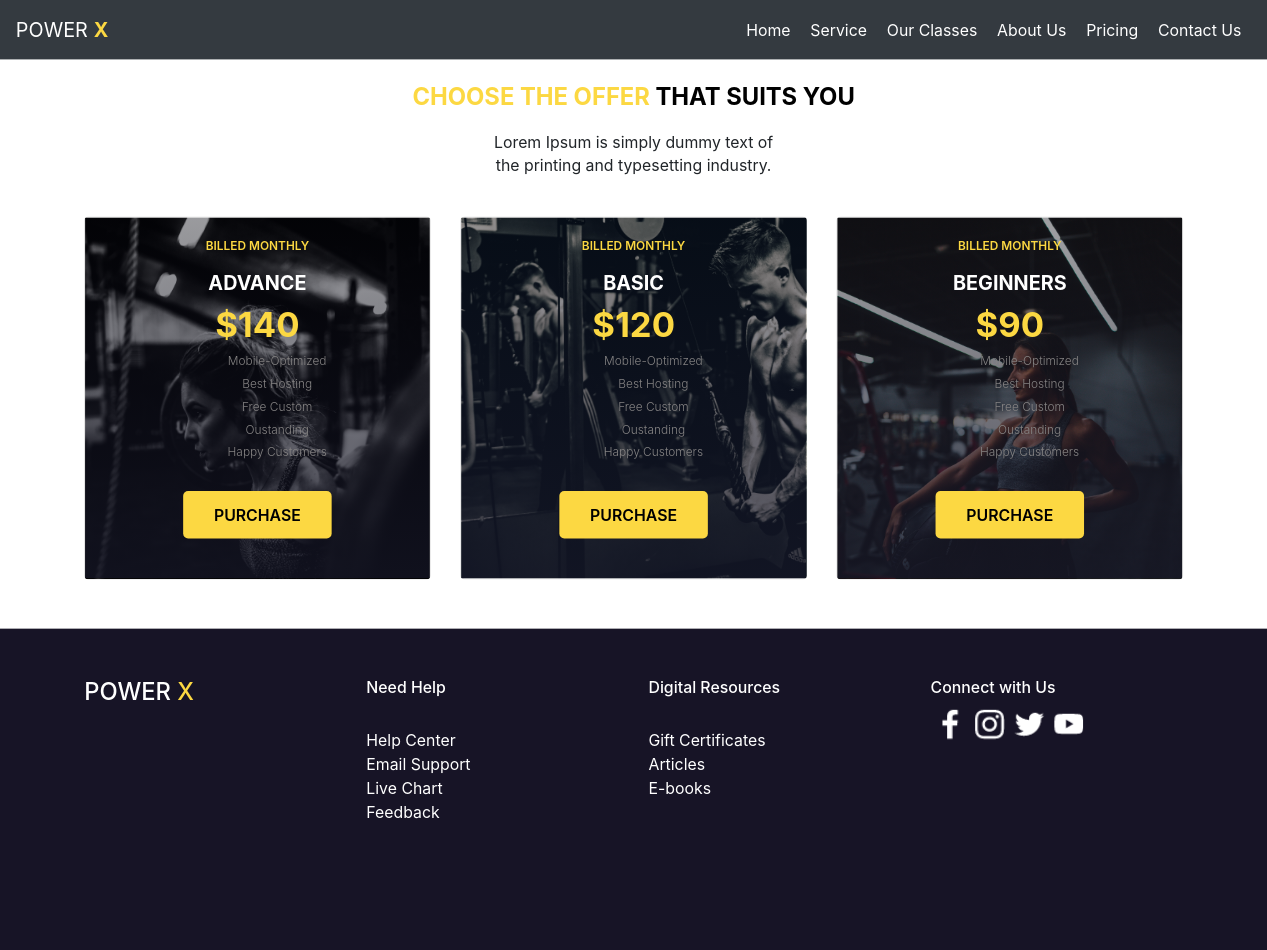
Repository: arif286/power-x-gym
Page: /pricing
An editor plug-in stored every save of this project. The page is shown before and after the next save, followed by the edit.
The browser window is 1280 px wide. The pictures show the whole page, at 99% of full size.
The project was rebuilt for these pictures with package versions that can differ from the ones it lists, and the page was loaded fresh each time. Also part of the build but not shown: src/components/Classes/Classes.js, src/components/About/About.js, src/components/ChooseUs/ChooseUs.js, src/components/Programs/Programs.css, src/components/Programs/Programs.js, src/components/WorkOut/WorkOut.css, src/components/WorkOut/WorkOut.js, src/components/Home/Home.js.

Above is the page before, as saved 2021-04-08 00:18:51.

After the next save:
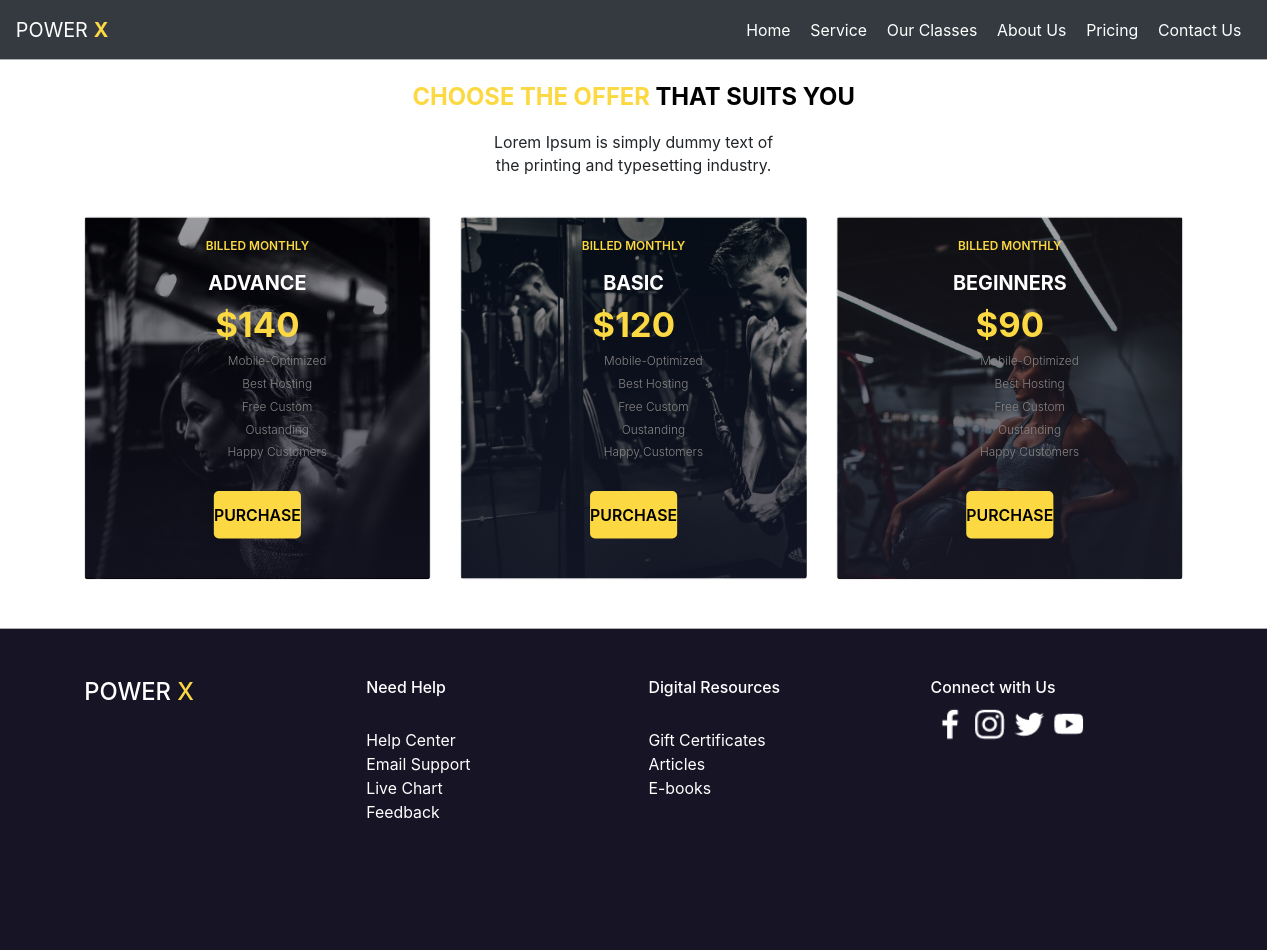
Saved 30 s later.
--- a/src/components/PricingPlan/PricingPlan.css
+++ b/src/components/PricingPlan/PricingPlan.css
@@ -56,6 +56,6 @@
   font-weight: 600;
   justify-self: center;
   margin: auto;
-  min-width: 150px;
+  max-width: 150px;
   margin-bottom: 20px;
 }
